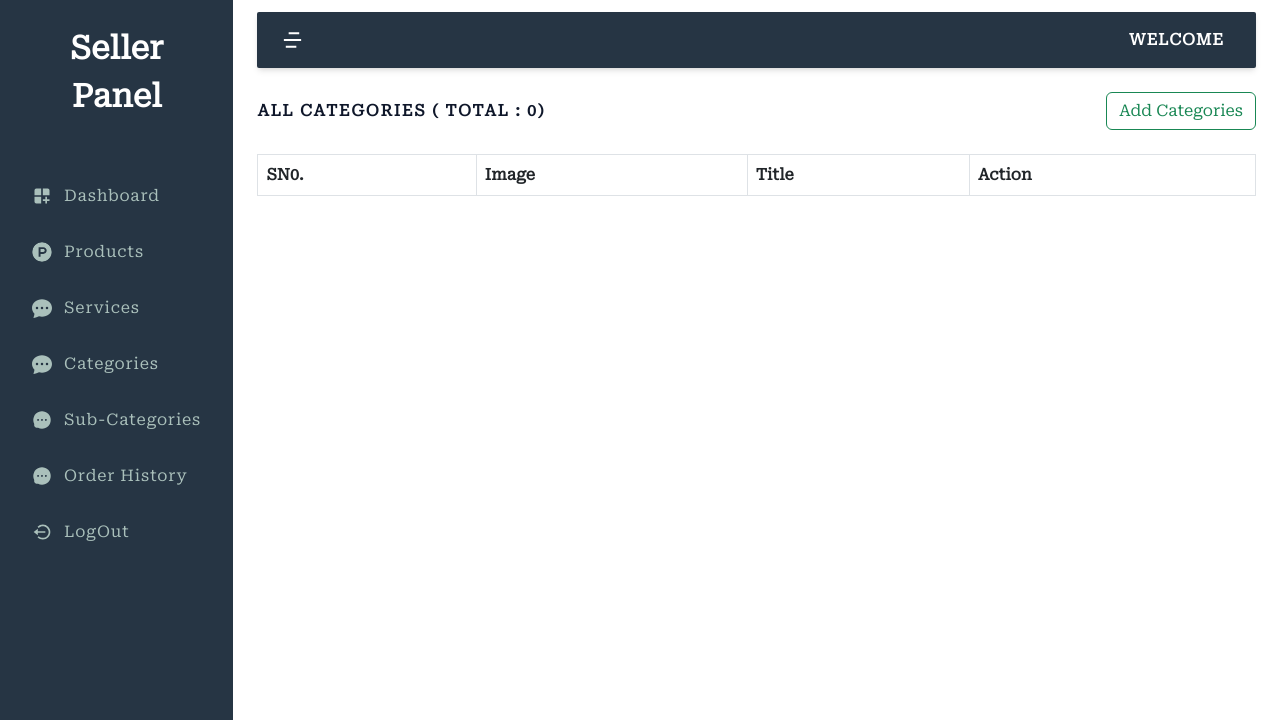
Repository: FlyweisReact/Arun-Chauhan
Page: /vendor/category
An editor plug-in stored every save of this project. The page is shown before and after a run of saves, followed by the edit.
The browser window is 1280 px wide. The pictures show the whole page.
The page's requests for data from a server got no answer. Some web libraries are served in a nearby version. The project was rebuilt for these pictures with package versions that can differ from the ones it lists, and the page was loaded fresh each time. No one was signed in, and anything a server would have sent is missing. Also part of the build but not shown: src/AdminPanel/layout/Navbar.jsx, src/AdminPanel/layout/Sidebar.jsx, src/AdminPanel/layout/HOC.jsx, src/AdminPanel/pages/Privacy.js, src/AdminPanel/pages/Category.js, src/AdminPanel/pages/FeedBack.js, src/AdminPanel/pages/TermsCon.js, src/AdminPanel/pages/HelpSupport.js and 24 more.

Above is the page before, as saved 2023-04-14 18:01:19.

After the next 2 saves:
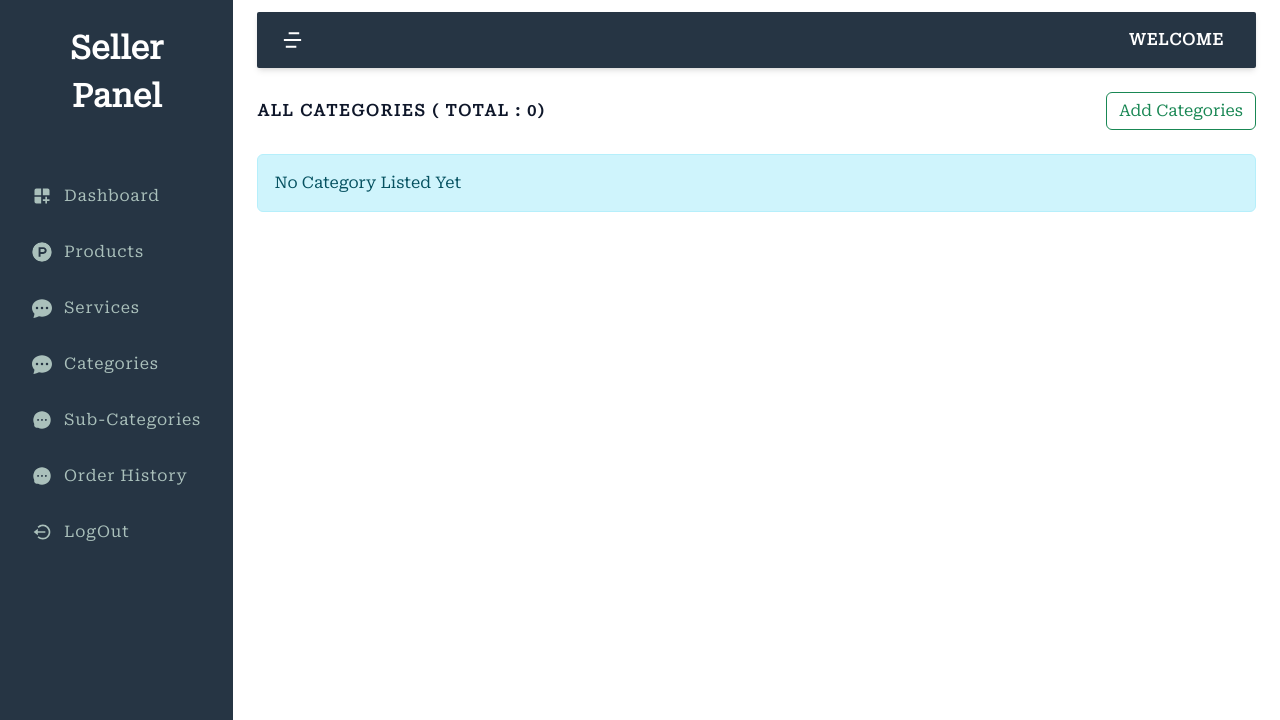
The 2 saves are shown as one change because they came seconds apart.
The last was saved 39 s later.
--- a/src/VendorPanel/pages/VendorCategory.js
+++ b/src/VendorPanel/pages/VendorCategory.js
@@ -125,7 +125,7 @@ const VendorCategory = () => {
           </Button>
         </div>
 
-        {data === null ?
+        {data?.length=== 0 ?
         <Alert variant="info" >No Category Listed Yet</Alert>
          :     <div style={{ maxWidth: "100%", overflow: "auto" }}>
           <Table striped bordered hover>
